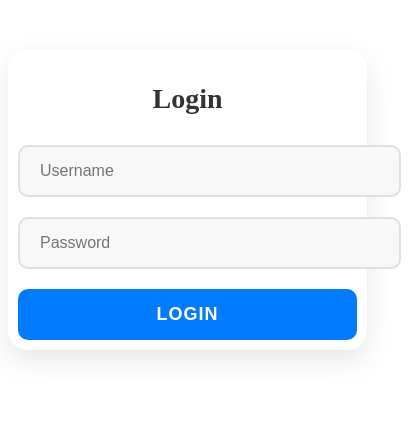
Repository: mdmisri/needy-talk
Page: /login (app in frontend/talk-d1/)
The author's editor kept a copy of each file at every save. The page is drawn from the files as they stood at one save, then again after the next save.
The browser window is 375 px wide. The page is 411 px wide, then 401 px, so the pictures cover 411 px, including what lies to the right of the window. The pictures show the whole page.
The page's requests for data from a server got no answer. The project was rebuilt for these pictures with package versions that can differ from the ones it lists, and the page was loaded fresh each time. No one was signed in, and anything a server would have sent is missing. Also part of the build but not shown: frontend/talk-d1/src/components/Register/Register.css, frontend/talk-d1/src/components/Register/Register.js, frontend/talk-d1/src/conversationUtils.js, frontend/talk-d1/src/hooks/useConversation.js, frontend/talk-d1/src/components/Chat/styles/Message.css, frontend/talk-d1/src/components/Chat/Message.js, frontend/talk-d1/src/components/Chat/ChatBox.js, frontend/talk-d1/src/components/Chat/AdminChatBox.js and 3 more.

Above is the page before, as saved 2024-07-28 14:51:09.

### frontend/talk-d1/src/index.js
import React from 'react';
import ReactDOM from 'react-dom/client';
import './index.css';
import App from './App';
import { BrowserRouter } from 'react-router-dom';

const root = ReactDOM.createRoot(document.getElementById('root'));
root.render(
  <React.StrictMode>
    <BrowserRouter>
    <App />
    </BrowserRouter>
  </React.StrictMode>
);

// If you want to start measuring performance in your app, pass a function
// to log results (for example: reportWebVitals(console.log))
// or send to an analytics endpoint. Learn more: https://bit.ly/CRA-vitals

### frontend/talk-d1/src/App.js
import React, { useState, useEffect } from 'react';
import { Routes, Route, useNavigate } from 'react-router-dom';
import Login from './components/Login/Login';
import Register from './components/Register/Register';
import ChatBox from './components/Chat/ChatBox';
import AdminChatBox from './components/Chat/AdminChatBox';
import ChatStart from './components/Chat/ChatStart';
import AdminSelection from './components/Chat/AdminSelection';
import socket from './components/Chat/socket';

const App = () => {
    const [user, setUser] = useState(null);
    const [username, setUsername] = useState('');
    const [isAdmin, setIsAdmin] = useState(false);
    const [adminUsername, setAdminUsername] = useState(null);
    const [redirectToChat, setRedirectToChat] = useState(false);
    const navigate = useNavigate();

    useEffect(() => {
        const handleBeforeUnload = () => {
            if (username) {
                socket.emit('userOffline', username);
            }
        };

        window.addEventListener('beforeunload', handleBeforeUnload);

        return () => {
            window.removeEventListener('beforeunload', handleBeforeUnload);
        };
    }, [username]);

    useEffect(() => {
        if (user) {
            if (isAdmin) {
                navigate('/admin-chat');
            } else if (redirectToChat) {
                navigate(`/chat/${adminUsername}`);
            } else {
                navigate('/home');
            }
        }
    }, [user, isAdmin, redirectToChat, adminUsername, navigate]);

    const handleLogout = () => {
        socket.emit('userOffline', username);
        setUser(null);
        setUsername('');
        setIsAdmin(false);
        setAdminUsername(null);
        setRedirectToChat(false);
        navigate('/login');
    };

    const handleAdminSelection = (selectedAdminUsername) => {
        setAdminUsername(selectedAdminUsername);
        setRedirectToChat(true);
    };

    return (
        <div>
            <Routes>
                <Route path="/login" element={<Login setUser={setUser} setUsername={setUsername} setIsAdmin={setIsAdmin} />} />
                <Route path="/register" element={<Register />} />
                {/* Route for admin selection */}
                <Route path="/home" element={!isAdmin ? <ChatStart username={username} onAdminSelect={handleAdminSelection} /> : <AdminChatBox adminUsername={username} handleAdminSelection={handleAdminSelection} />} />
                {/* Route for admin chat box */}
                <Route path="/admin-chat" element={<AdminChatBox adminUsername={username} handleAdminSelection={handleAdminSelection} />} />
                {/* Route for user chat box */}
                <Route path="/chat/:receiverUsername" element={<ChatBox senderUsername={username} />} />
            </Routes>
            {user && <button onClick={handleLogout}>Logout</button>}
        </div>
    );
};

export default App;

### frontend/talk-d1/src/components/Login/Login.js
import React, { useState } from 'react';
import axios from 'axios';
import { useNavigate } from 'react-router-dom';
import socket from '../Chat/socket';
import './Login.css';

const Login = ({ setUser, setUsername, setIsAdmin, setAdminUsername }) => {
    const [username, setUsernameInput] = useState('');
    const [password, setPassword] = useState('');
    const [error, setError] = useState('');
    const navigate = useNavigate();

    const handleLogin = async (e) => {
        e.preventDefault();
        try {
            const response = await axios.post('http://localhost:3010/api/auth/login', {
                username,
                password,
            });

            const userData = response.data;
            setUser(userData);
            setUsername(username);
            setIsAdmin(userData.isAdmin);

            if (userData.isAdmin) {
                setAdminUsername(username); // Set the admin username
            }

            socket.emit('userOnline', username);
            navigate('/home');
        } catch (err) {
            setError('Invalid credentials');
        }
    };

    return (
        <div className="login-container">
            <h2>Login</h2>
            {error && <p className="error">{error}</p>}
            <form onSubmit={handleLogin}>
                <input
                    type="text"
                    value={username}
                    onChange={(e) => setUsernameInput(e.target.value)}
                    placeholder="Username"
                    required
                />
                <input
                    type="password"
                    value={password}
                    onChange={(e) => setPassword(e.target.value)}
                    placeholder="Password"
                    required
                />
                <button type="submit">Login</button>
            </form>
        </div>
    );
};

export default Login;

### frontend/talk-d1/src/components/Chat/socket.js
// socket.js
import io from 'socket.io-client';

const socket = io('http://localhost:3010');

export default socket;

### frontend/talk-d1/src/components/Login/Login.css
.login-container {
    max-width: 400px;
    margin: 50px auto;
    padding: 40px;
    background: #ffffff;
    border-radius: 20px;
    box-shadow: 0 10px 30px rgba(0, 0, 0, 0.1);
    text-align: center;
}

.login-container h2 {
    margin-bottom: 30px;
    color: #333;
    font-size: 28px;
    font-weight: 700;
}

.login-container .error {
    color: #ff3e3e;
    margin-bottom: 15px;
    font-size: 14px;
    font-weight: 500;
}

.login-container input[type="text"],
.login-container input[type="password"] {
    width: 100%;
    margin-bottom: 20px;
    padding: 15px 20px;
    border: 2px solid #e0e0e0;
    border-radius: 10px;
    background: #f8f8f8;
    font-size: 16px;
    transition: all 0.3s ease;
}

.login-container input[type="text"]:focus,
.login-container input[type="password"]:focus {
    outline: none;
    border-color: #007bff;
    background: #ffffff;
    box-shadow: 0 0 0 5px rgba(0, 123, 255, 0.1);
}

.login-container button {
    width: 100%;
    padding: 15px;
    background: #007bff;
    color: #fff;
    border: none;
    border-radius: 10px;
    cursor: pointer;
    font-size: 18px;
    font-weight: 600;
    text-transform: uppercase;
    letter-spacing: 1px;
    transition: all 0.3s ease;
}

.login-container button:hover {
    background: #0056b3;
    transform: translateY(-3px);
    box-shadow: 0 5px 15px rgba(0, 86, 179, 0.3);
}

.login-container button:active {
    transform: translateY(0);
    box-shadow: none;
}

@media (max-width: 480px) {
    .login-container {
        padding: 10px 10px;
    }
}

### frontend/talk-d1/src/components/Chat/styles/ChatBox.css
.chatbox {
    display: flex;
    flex-direction: column;
    height: 100vh;
    width: 400px;
    border: 1px solid #ccc;
    border-radius: 8px;
    box-shadow: 0 4px 8px rgba(0, 0, 0, 0.1);
    background-color: #f9f9f9;
}

.messages {
    flex: 1;
    padding: 10px;
    overflow-y: auto;
    background-color: #fff;
    border-bottom: 1px solid #ccc;
}

.messages div {
    margin-bottom: 10px;
    padding: 8px;
    border-radius: 4px;
}

.sent {
    align-self: flex-end;
    background-color: #e0f7fa;
}

.received {
    align-self: flex-start;
    background-color: #fff3e0;
}

.input-area {
    display: flex;
    align-items: center;
    padding: 10px;
    border-top: 1px solid #ccc;
}

input {
    flex: 1;
    padding: 10px;
    border: none;
    border-top: 1px solid #ccc;
    border-radius: 0 0 8px 8px;
}

button {
    padding: 10px;
    border: none;
    border-radius: 0 0 8px 0;
    background-color: #007bff;
    color: white;
    cursor: pointer;
}

button:hover {
    background-color: #0056b3;
}

input:focus {
    outline: none;
    border: 1px solid #007bff;
}

.typing-indicator {
    font-style: italic;
    color: grey;
    margin-top: 5px;
}

.read-receipt {
    font-size: 12px;
    color: #00bfae;
    position: absolute;
    bottom: -15px;
    right: 10px;
}

### frontend/talk-d1/src/components/Chat/styles/AdminChatBox.css
/* AdminChatBox.css */

.admin-chat-container {
    display: flex;
    height: 100vh;
    font-family: Arial, sans-serif;
}

.user-tabs {
    width: 250px;
    background-color: #f7f7f7;
    border-right: 1px solid #ddd;
    overflow-y: auto;
    padding: 10px;
}

.user-tab {
    padding: 10px;
    cursor: pointer;
    display: flex;
    justify-content: space-between;
    align-items: center;
    border-radius: 5px;
    transition: background-color 0.3s ease;
}

.user-tab:hover {
    background-color: #e0e0e0;
}

.user-tab.active {
    background-color: #007bff;
    color: white;
}

.chat-box {
    flex: 1;
    display: flex;
    flex-direction: column;
    padding: 10px;
    background-color: #fff;
}

.messages {
    flex: 1;
    overflow-y: auto;
    margin-bottom: 10px;
    border-bottom: 1px solid #ddd;
}

.typing-indicator {
    font-style: italic;
    color: #999;
    margin: 5px 0;
}

input[type="text"] {
    width: calc(100% - 80px);
    padding: 10px;
    margin-right: 10px;
    border: 1px solid #ddd;
    border-radius: 5px;
    outline: none;
    transition: border-color 0.3s ease;
}

input[type="text"]:focus {
    border-color: #007bff;
}

button {
    padding: 10px 20px;
    background-color: #007bff;
    color: white;
    border: none;
    border-radius: 5px;
    cursor: pointer;
    transition: background-color 0.3s ease;
}

button:hover {
    background-color: #0056b3;
}

/* Responsive Design */
@media (max-width: 768px) {
    .admin-chat-container {
        flex-direction: column;
    }

    .user-tabs {
        width: 100%;
        border-right: none;
        border-bottom: 1px solid #ddd;
    }

    input[type="text"] {
        width: calc(100% - 90px);
    }
}

Loaded but not shown: frontend/talk-d1/public/index.html (common file); frontend/talk-d1/src/index.css (no stored copy; drawn as an empty file)

After the next save:
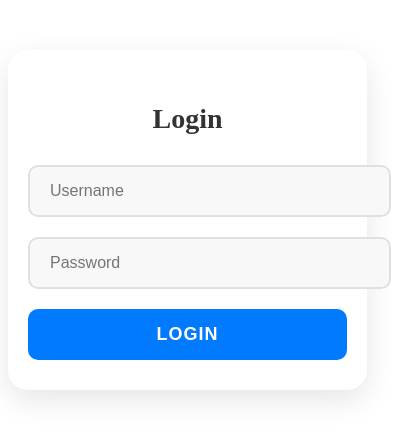
Saved 21 s later.
--- a/frontend/talk-d1/src/components/Login/Login.css
+++ b/frontend/talk-d1/src/components/Login/Login.css
@@ -70,6 +70,6 @@
 
 @media (max-width: 480px) {
     .login-container {
-        padding: 10px 10px;
+        padding: 30px 20px;
     }
 }
